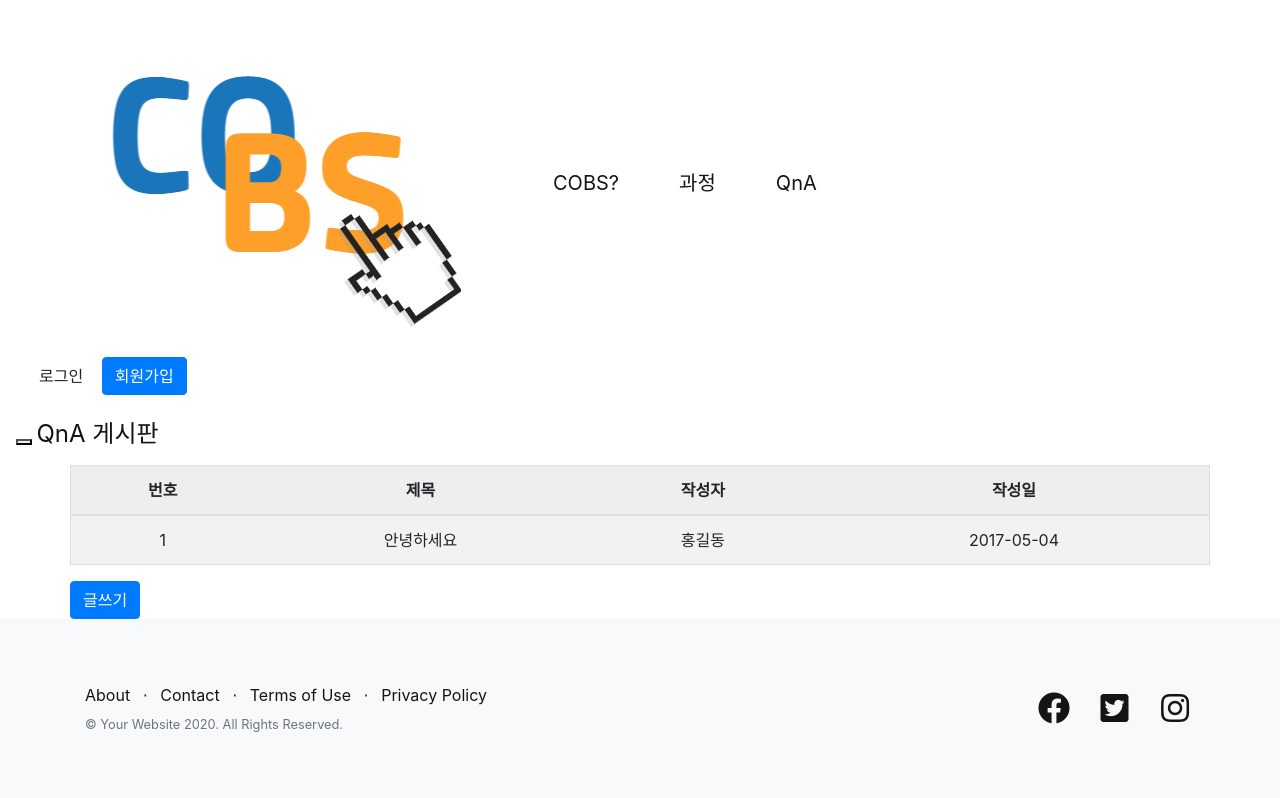
Repository: Toriikk/TEAM2_JSP_Project
Page: http://localhost/COBS/qna/qnalist.jsp
These files come from the project's save history. The page is drawn as it stood at one moment and after the next save; the edit follows.
The browser window is 1280 px wide. The pictures show the whole page.
Some web libraries are served in a nearby version. The page is served by Tomcat 9. Other server files are loaded and not shown.

Above is the page before, as saved 2022-07-22 07:40:55.

### COBS/WebContent/qna/qnalist.jsp
<%@ page language="java" contentType="text/html; charset=UTF-8"
    pageEncoding="UTF-8"%>
<%@ page import="java.io.PrintWriter" %>
<%@ include file="/include/header.jsp" %>
<!DOCTYPE html>
<html>
<head>
<meta charset="UTF-8">
<meta http-equiv="Content-Type" content="text/html;" charset="UTF-8">
<meta name="viewport" content="width=device-width" initial-scale="1">
<link rel="stylesheet" href="/Tutoring/vendor/bootstrap/css/bootstrap.css">
<title>QnA 게시판</title>
</head>
<body>
	<%
		String userID = null;
		if (session.getAttribute("userID") != null) {
			userID = (String) session.getAttribute("userID");
		}
	%>
	<nav class="navbar navbar-default">
		<div class="navbar-header">
			<button type="button" class="navbar-toggle collapsed"
				data-toggle="collapse" data-target="#bs-example-navbar-collapse-1"
				aria-expanded="false">
				<span class="icon-bar"></span>
				<span class="icon-bar"></span>
				<span class="icon-bar"></span>
			</button>
			<a class="navbar-brand" href="NewFile.jsp">QnA 게시판</a>
		</div>
		<%-- <div class="collapse navbar-collapse" id="bs-example-navbar-collapse-1">
			<ul class="nav navbar-nav">
				<li><a href="main.jsp">메인</a></li>
				<li class="active"><a href="NewFile.jsp">게시판</a></li>
			</ul>
			<%
				if (userID == null) {
			%>
			<ul class="nav navbar-nav navbar-right">
				<li class="dropdown">
					<a href="#" class="dropdown-toggle"
						data-toggle="dropdown" role="button" aria-haspopup="true"
						aria-expanded="false">접속하기<span class="caret"></span></a>
					<ul class="dropdown-menu">
						<li><a href="login.jsp">로그인</a></li>
						<li><a href="join.jsp">회원가입</a></li>
					</ul>
				</li>
			</ul>
			<%
				} else {
			%>
			<ul class="nav navbar-nav navbar-right">
				<li class="dropdown">
					<a href="#" class="dropdown-toggle"
						data-toggle="dropdown" role="button" aria-haspopup="true"
						aria-expanded="false">회원관리<span class="caret"></span></a>
					<ul class="dropdown-menu">
						<li><a href="logoutAction.jsp">로그아웃</a></li>
					</ul>
				</li>
			</ul>
			<%
				}
			%>

		</div> --%>
	</nav>
	<div class="container">
		<div class="row">
			<table class="table table-striped" style="text-align: center; border: 1px solid #dddddd">
				<thead>
					<tr>
						<th style="background-color: #eeeeee; text-align: center;">번호</th>
						<th style="background-color: #eeeeee; text-align: center;">제목</th>
						<th style="background-color: #eeeeee; text-align: center;">작성자</th>
						<th style="background-color: #eeeeee; text-align: center;">작성일</th>
					</tr>
				</thead>
				<tbody>
					<tr>
						<td>1</td>
						<td>안녕하세요</td>
						<td>홍길동</td>
						<td>2017-05-04</td>
					</tr>
				</tbody>
			</table>
			<a href="write.jsp" class="btn btn-primary pull-right">글쓰기</a>
		</div>
	</div>
	<script src="https://code.jquery.com/jquery-3.1.1.min.js"></script>
	<script src="js/bootstrap.js"></script>
</body>
</html>
<%@ include file="/include/footer.jsp" %>

### COBS/WebContent/include/header.jsp
<%@ page language="java" contentType="text/html; charset=UTF-8"
    pageEncoding="UTF-8"%>
<%@ taglib prefix="c" uri="http://java.sun.com/jsp/jstl/core" %>
<!DOCTYPE html>
<html>
<head>
  <meta charset="utf-8">
  <meta name="viewport" content="width=device-width, initial-scale=1, shrink-to-fit=no">
  <meta name="description" content="">
  <meta name="author" content="">
  <title>모두를 위한 코딩 학습 공간 COBS</title>
  <!-- Bootstrap core CSS -->
  <link href="/Tutoring/vendor/bootstrap/css/bootstrap.css"  rel="stylesheet">
  <!-- Custom fonts for this template -->
  <link href="/Tutoring/vendor/fontawesome-free/css/all.css" rel="stylesheet">
  <link href="/Tutoring/vendor/simple-line-icons/css/simple-line-icons.css"  rel="stylesheet" type="text/css">
  <link href="https://fonts.googleapis.com/css?family=Lato:300,400,700,300italic,400italic,700italic"  rel="stylesheet" type="text/css">
  <!-- Custom styles for this template -->
  <link href="/Tutoring/css/landing-page.css" rel="stylesheet">

  <script src="https://ajax.googleapis.com/ajax/libs/jquery/3.5.1/jquery.min.js"></script>
  <script src="https://cdnjs.cloudflare.com/ajax/libs/popper.js/1.16.0/umd/popper.min.js"></script>
  <script src="https://maxcdn.bootstrapcdn.com/bootstrap/3.4.1/js/bootstrap.min.js"></script>



</head>
<body>

  <!-- Navigation -->
  <nav class="navbar navbar-white bg-white static-top">
    <div class="container">
         <a class="navbar-brand" href="/Tutoring/index.jsp"><img src="/Tutoring/img/logo1.png" alt="CBS"></a>
         <a class="navbar-nav" href="/Tutoring/include/about.jsp">COBS?</a>
         <a class="navbar-nav" href="/Tutoring/class/courseList">과정</a>
         <a class="navbar-nav" href="/Tutoring/qna/NewFile.jsp">QnA</a>
    </div>
      <c:choose>
     	<c:when test="${empty sessionScope.userid}">
		    <ul class="navbar-nav">
		      <li class="nav-item">
		      	<a class="btn btn-gray" href="/Tutoring/member/login">로그인</a>
			    <a class="btn btn-primary" href="/Tutoring/member/insert">회원가입</a>
		      </li>
		  	</ul>
    	</c:when>
    	<c:when test="${sessionScope.admin==1}">
		    <ul class="navbar-nav">
		      <li class="nav-item">
		      	<a class="btn btn-gray" href="/Tutoring/member/Adminview">관리자</a>
			    <a class="btn btn-primary" href="/Tutoring/member/logout">로그아웃</a>
		      </li>
		  	</ul>
    	</c:when>
    	<c:when test="${sessionScope.admin==0}">
    		<ul class="navbar-nav">
		      <li class="nav-item">
		      	<a class="btn btn-gray" href="/Tutoring/member/view">내계정</a>
			    <a class="btn btn-info" href="/Tutoring/member/logout">로그아웃</a>
		      </li>
		  	</ul>
    	</c:when>
     </c:choose>

  </nav>

<!-- Bootstrap core JavaScript -->
<script src="https://ajax.googleapis.com/ajax/libs/jquery/3.5.1/jquery.min.js"></script>
<script src="/Tutoring/vendor/jquery/jquery.js"></script>
<script src="/Tutoring/vendor/bootstrap/js/bootstrap.bundle.js"></script>

### COBS/WebContent/include/footer.jsp
<%@ page language="java" contentType="text/html; charset=UTF-8"
    pageEncoding="UTF-8"%>
<style>
footer{
	clear: both;
}
</style>
 <!-- Footer -->
  <footer class="footer bg-light">
    <div class="container">
      <div class="row">
        <div class="col-lg-6 h-100 text-center text-lg-left my-auto">
          <ul class="list-inline mb-2">
            <li class="list-inline-item">
              <a href="#">About</a>
            </li>
            <li class="list-inline-item">&sdot;</li>
            <li class="list-inline-item">
              <a href="#">Contact</a>
            </li>
            <li class="list-inline-item">&sdot;</li>
            <li class="list-inline-item">
              <a href="#">Terms of Use</a>
            </li>
            <li class="list-inline-item">&sdot;</li>
            <li class="list-inline-item">
              <a href="#">Privacy Policy</a>
            </li>
          </ul>
          <p class="text-muted small mb-4 mb-lg-0">&copy; Your Website 2020. All Rights Reserved.</p>
        </div>
        <div class="col-lg-6 h-100 text-center text-lg-right my-auto">
          <ul class="list-inline mb-0">
            <li class="list-inline-item mr-3">
              <a href="#">
                <i class="fab fa-facebook fa-2x fa-fw"></i>
              </a>
            </li>
            <li class="list-inline-item mr-3">
              <a href="#">
                <i class="fab fa-twitter-square fa-2x fa-fw"></i>
              </a>
            </li>
            <li class="list-inline-item">
              <a href="#">
                <i class="fab fa-instagram fa-2x fa-fw"></i>
              </a>
            </li>
          </ul>
        </div>
      </div>
    </div>
  </footer>
</body>
</html>

### COBS/WebContent/css/landing-page.css
/*!
 * Start Bootstrap - Landing Page v5.0.8 (https://startbootstrap.com/themes/landing-page)
 * Copyright 2013-2020 Start Bootstrap
 * Licensed under MIT (https://github.com/StartBootstrap/startbootstrap-landing-page/blob/master/LICENSE)
 */

body {
  font-family: 'Lato', 'Helvetica Neue', Helvetica, Arial, sans-serif;
}

h1,
h2,
h3,
h4,
h5,
h6 {
  font-family: 'Lato', 'Helvetica Neue', Helvetica, Arial, sans-serif;
  font-weight: 700;
}

header.masthead {
  position: relative;
  background-color: #ffffff;
  background: url("../gif/main.gif") no-repeat center center;
  background-size: cover;
  padding-top: 8rem;
  padding-bottom: 8rem;

  display: flex;
  flex-flow: column;
  justify-content: space-between;
  padding-left: 10%;
  height: 70vh;
  min-height: 500px;
}

header.masthead .overlay {
  position: absolute;
  background-color: #FFC846;
  height: 100%;
  width: 100%;
  top: 0;
  left: 0;
  opacity: 0.1;
}

header.masthead h1 {
  font-size: 2rem;
}

@media (min-width: 768px) {
  header.masthead {
    padding-top: 18rem;
    padding-bottom: 18rem;
  }
  header.masthead h1 {
    font-size: 3rem;
  }
}

.showcase .showcase-text {
  padding: 3rem;
}

.showcase .showcase-img {
  min-height: 30rem;
  background-size: cover;
}

@media (min-width: 768px) {
  .showcase .showcase-text {
    padding: 7rem;
  }
}

.features-icons {
  padding-top: 7rem;
  padding-bottom: 7rem;
}

.features-icons .features-icons-item {
  max-width: 20rem;
}

.features-icons .features-icons-item .features-icons-icon {
  height: 7rem;
}

.features-icons .features-icons-item .features-icons-icon i {
  font-size: 4.5rem;
}

.features-icons .features-icons-item:hover .features-icons-icon i {
  font-size: 5rem;
}

.testimonials {
  padding-bottom: 7rem;
}

.testimonials .testimonial-item {
  max-width: 18rem;
}

.testimonials .testimonial-item img {
  max-width: 12rem;
  box-shadow: 0px 5px 5px 0px #ffffff;
}

.call-to-action {
  position: relative;
  background-color: #343a40;
  background: url("../img/bradcam.png") no-repeat top center;
  background-size: cover;
  padding-top: 7rem;
  padding-bottom: 7rem;
}

.call-to-action .overlay {
  position: absolute;
  background-color: #ffffff;
  height: 100%;
  width: 100%;
  top: 0;
  left: 0;
  opacity: 0.3;
}

footer.footer {
  padding-top: 4rem;
  padding-bottom: 4rem;
}

After the next save:
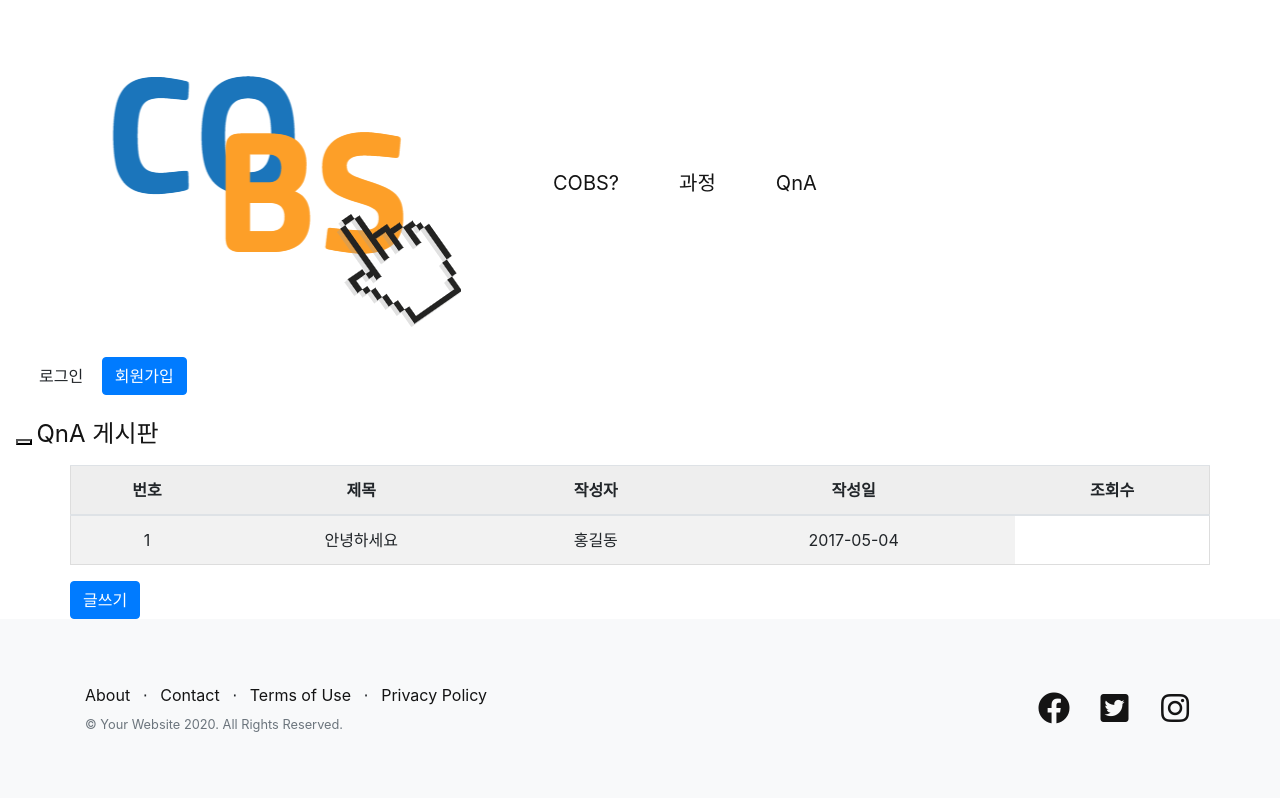
Saved 7 min 1 s later.
--- a/COBS/WebContent/qna/qnalist.jsp
+++ b/COBS/WebContent/qna/qnalist.jsp
@@ -76,6 +76,7 @@
 						<th style="background-color: #eeeeee; text-align: center;">제목</th>
 						<th style="background-color: #eeeeee; text-align: center;">작성자</th>
 						<th style="background-color: #eeeeee; text-align: center;">작성일</th>
+						<th style="background-color: #eeeeee; text-align: center;">조회수</th>
 					</tr>
 				</thead>
 				<tbody>
